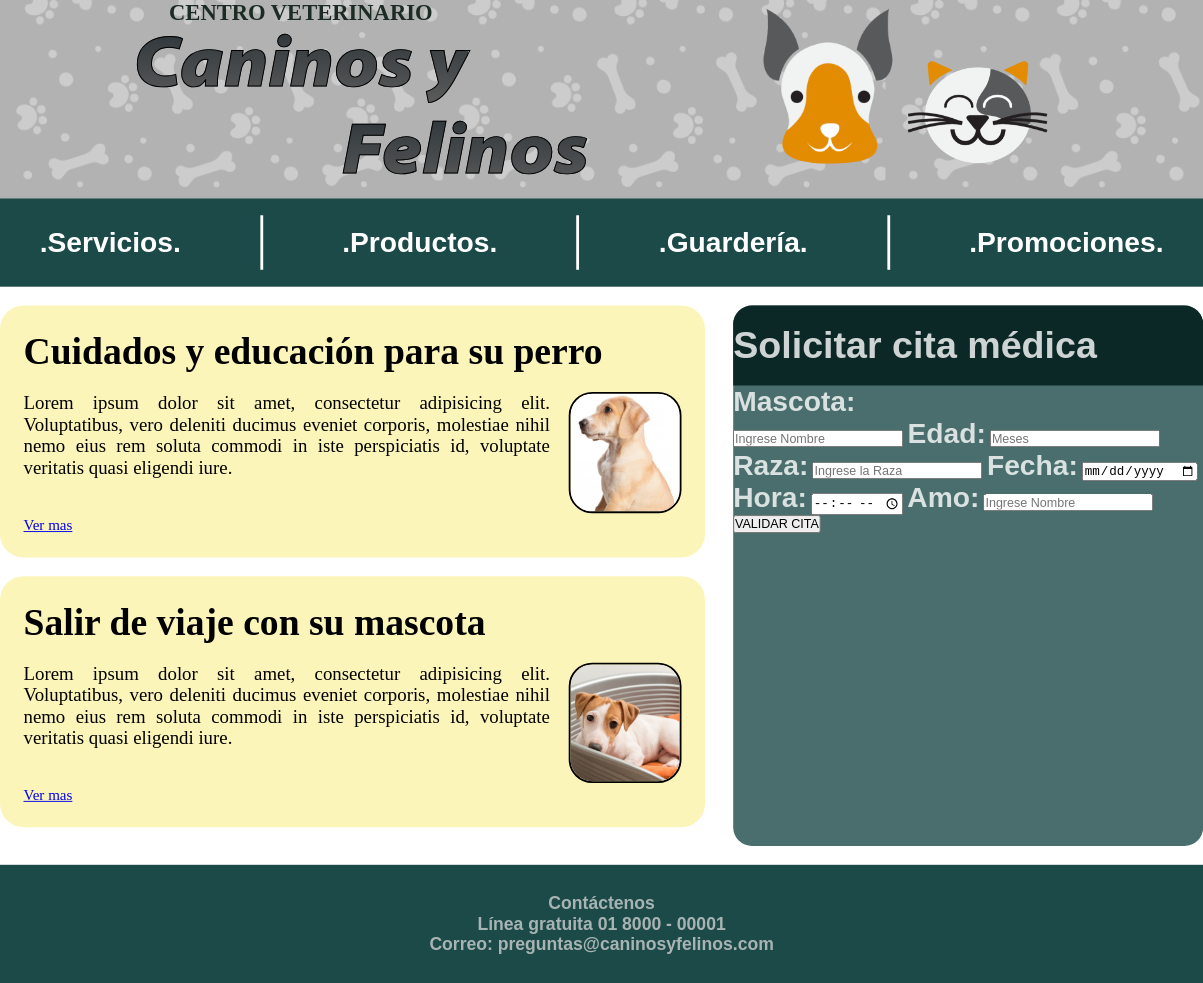
Repository: mariomr87/senaweb01
Page: principal.html
These files come from the project's save history. The page is drawn as it stood at one moment and after the next save; the edit follows.
The browser window is 1280 px wide. The pictures show the whole page, at 94% of full size.

Above is the page before, as saved 2021-10-23 13:29:37.

After the next save:
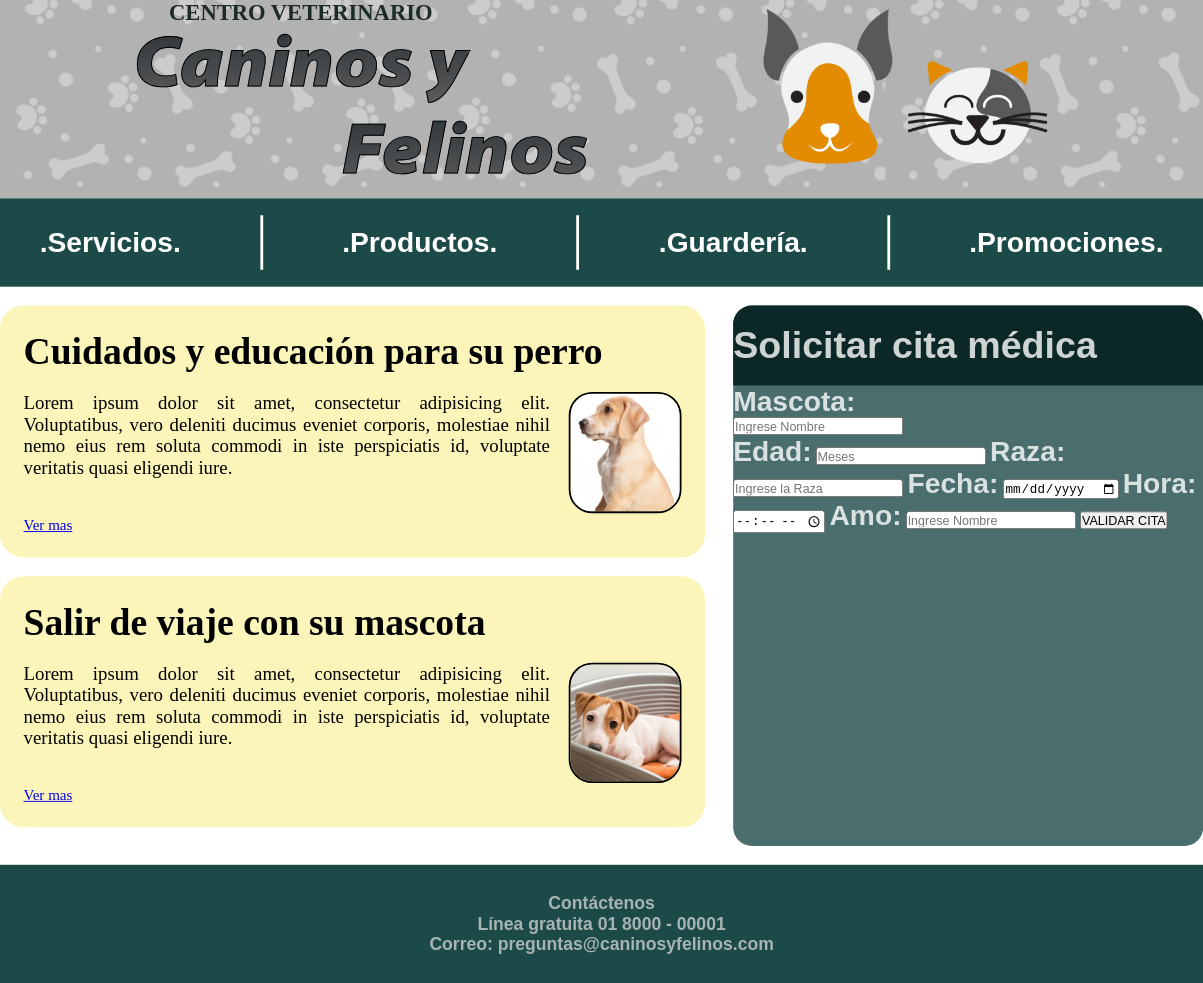
Saved 14 s later.
--- a/principal.html
+++ b/principal.html
@@ -53,7 +53,7 @@
                     <div><h2>Solicitar cita médica</h2></div>
                     <div class="cuestionario">
                         <div><label for="mascota_name">Mascota:</label></div>
-                        <input type="text" placeholder="Ingrese Nombre" id="">
+                        <div><input type="text" placeholder="Ingrese Nombre" id=""></div>
 
                         <label for="age_pet">Edad:</label>
                         <input type="number" name="" id="" placeholder="Meses">
